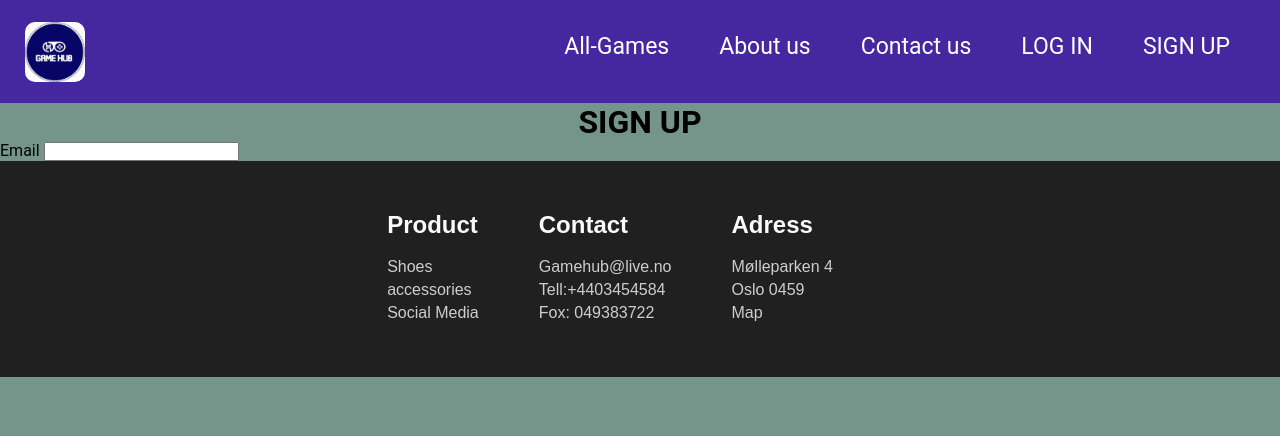
Repository: Fariaddd/HTML-CSS-reset
Page: sign.html
The author's editor kept a copy of each file at every save. The page is drawn from the files as they stood at one save, then again after the next save.
The browser window is 1280 px wide. The pictures show the whole page.

Above is the page before, as saved 2022-04-30 17:18:13.

After the next save:
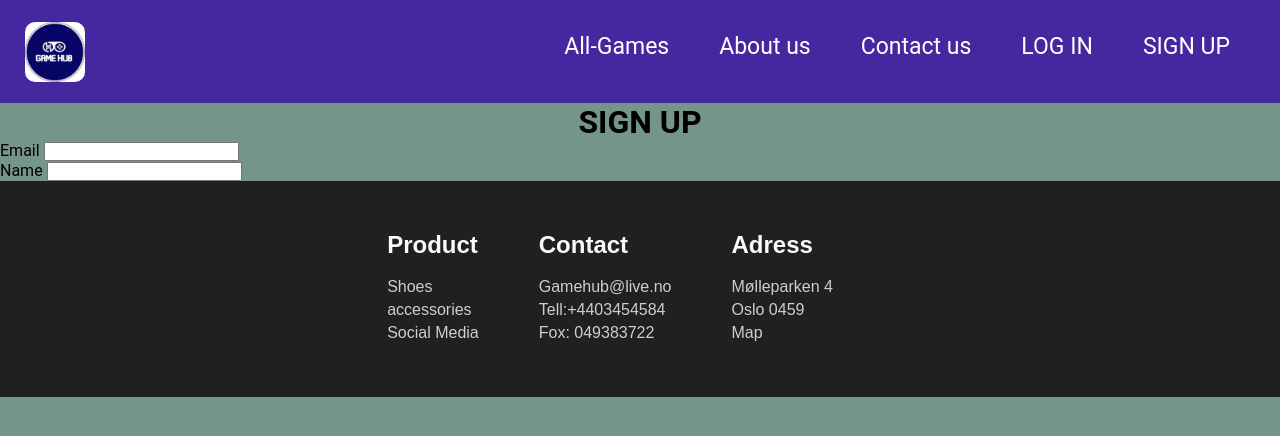
Saved 106 s later.
--- a/sign.html
+++ b/sign.html
@@ -41,8 +41,11 @@
         <form id="form" action="/sign.html" method="GET">
           <div class="container-input">
             <label for="name">Email</label>
-            <input type="email" id="email">
-
+            <input class="input-box" type="email" id="email" required>
+          </div>
+          <div class="container-input">
+            <label for="name">Name</label>
+            <input class="input-box" id="name" type="name" required>
           </div>
         </form>
 
